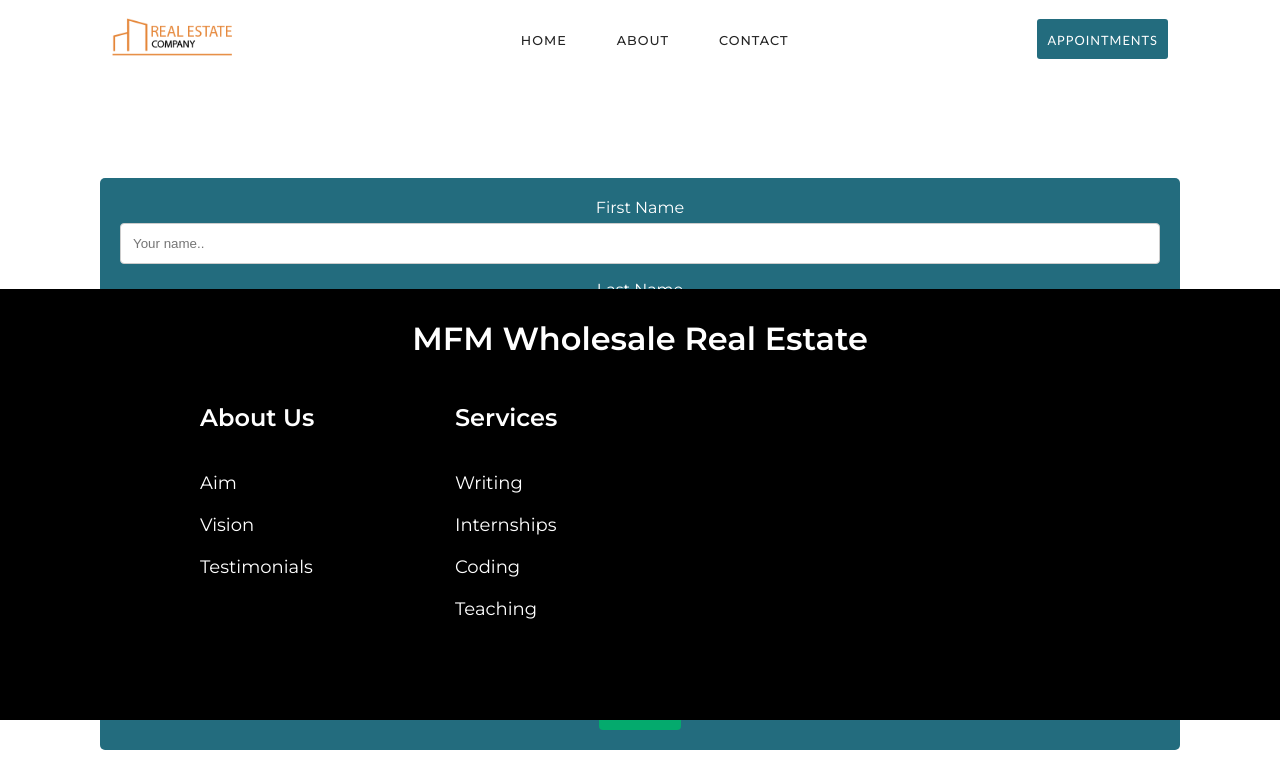
Repository: gabe126679/Mikes-site
Page: /contact
An editor plug-in stored every save of this project. The page is shown before and after the next save, followed by the edit.
The browser window is 1280 px wide. The pictures show the whole page.
Some web libraries are served in a nearby version. The project was rebuilt for these pictures with package versions that can differ from the ones it lists, and the page was loaded fresh each time. Also part of the build but not shown: src/components/Header.jsx, src/components/Howitworks.jsx, src/components/Contact.jsx, src/components/About.jsx, src/components/Agentbox.jsx, src/components/Agent.jsx, src/components/PageAbout.jsx, src/components/Bproperty.jsx and 4 more.

Above is the page before, as saved 2022-04-19 15:36:25.

### public/index.html
<!DOCTYPE html>
<html lang="en">
  <head>
    <meta charset="utf-8" />
    <link rel="icon" href="%PUBLIC_URL%/favicon.ico" />
    <meta name="viewport" content="width=device-width, initial-scale=1" />
    <meta name="theme-color" content="#000000" />
    <meta
      name="description"
      content="Web site created using create-react-app"
    />
    <link rel="apple-touch-icon" href="%PUBLIC_URL%/logo192.png" />

    <link rel="manifest" href="%PUBLIC_URL%/manifest.json" />
    <script src="https://kit.fontawesome.com/95dc93da07.js"></script>
    <title>Mike's Homes</title>
  </head>
  <body>
    <noscript>You need to enable JavaScript to run this app.</noscript>
    <div id="root"></div>

  </body>
</html>

### src/index.js
import React from 'react';
import ReactDOM from 'react-dom/client';
import './index.css';
import App from './App';

// import About from './components/About';
// import {
//   BrowserRouter,
//   Routes,
//   Route,
// } from "react-router-dom";

const root = ReactDOM.createRoot(document.getElementById('root'));
root.render(
//   <BrowserRouter>
//     <Routes>
//       <Route path="/" element={<App />}>
//       <Route path="homes" element={<About />} />
//         {/* <Route path="teams" element={<Teams />}>
//             <Route path=":teamId" element={<Team />} />
//             <Route path="new" element={<NewTeamForm />} />
//             <Route index element={<LeagueStandings />} />
//         </Route> */}
//       </Route>
//     </Routes>
//   </BrowserRouter>,
<App />,

);

### src/index.css
@import url('https://fonts.googleapis.com/css2?family=Montserrat:wght@300;400;500;600&display=swap');

/***fontawesome <script src="https://kit.fontawesome.com/95dc93da07.js"></script> *********/



body{
    margin:0px;
    padding: 0px;

    background-color: #ffffff;
    font-family: 'Montserrat', sans-serif;
}
*{
    box-sizing: border-box;
}
ul{
    list-style: none;
}
a{
    text-decoration: none;
}
button{
    outline: none;
    border: none;
}
input{
    outline: none;
    border: none;
}

.logo img{
    width: 120px;
}
.header{

    width:100%;
    height:768px;
    position: relative;
    background-repeat: no-repeat;
    background-size: cover;
    background-image: url("./images/header-bg.png");
}
nav{
	display: flex;
	justify-content: space-around;
	align-items: center;
	left: 0;
	top: 0;
	width:100%;
	z-index: 1;
	background-color: #FFFFFF;
}
nav ul{
	display: flex;
}
.active{
    background-color: #236c7e;
    color:rgb(255, 255, 255);
	box-shadow: 5px 10px 30px rgba(64, 149, 198, 0.411);
	transition: all ease 0.2s;
}
nav ul li a{
	height:40px;
	line-height: 43px;
	margin: 3px;
	padding: 0px 22px;
	display: flex;
	font-size: 0.8rem;
	text-transform: uppercase;
	font-weight: 500;
	color:#242424;
    letter-spacing: 1px;
    border-radius: 3px;
    transition: 0.2s ease-in-out;
}
.property{
    font-family: calibri;
	height:40px;
	line-height: 43px;
	padding: 0px 10px;
	display: flex;
	font-size: 0.8rem;
	text-transform: uppercase;
	font-weight: 500;
	color:#ffffff;
    letter-spacing: 1px;
    border-radius: 3px;
    transition: 0.2s ease-in-out;
    background-color: #236c7e;
}
nav ul li a:hover{
	background-color: #064757;
    color:#FFFFFF;
	box-shadow: 5px 10px 30px rgba(64, 149, 198, 0.411);
	transition: all ease 0.2s;
}
nav .menu-btn,
.menu-icon{
		display:none;
	}
.intro{
	font-family: 'Montserrat';
	width: 500px;
	position: absolute;
	left: 16%;
	top: 50%;
	transform: translate(-20%,-50%);
}
.intro span{
    color: #fc9700;
}
.intro .details{
    color: #1e4f5c;
}
.intro h1{
	font-family:'Montserrat';
	font-size: 46px;
	margin:0px;
	letter-spacing: 3px;
	color:#236c7e;
}
.intro p{
    color: #064757; font-weight: 500;
}
.header-btn{
	width:110px;
	height: 40px;
	display: flex;
	justify-content: center;
    align-items: center;
    background-color: #236c7e;
    box-shadow: 5px 10px 30px rgba(2, 82, 255, 0.137);
    border-radius: 10px;
	color:#ffffff;
}
.header-btn:hover{
	background-color: #04afda;
    transition: all ease 0.5s;
    color: #ffffff;
    box-shadow: 5px 0px 30px rgba(2, 154, 255, 0.39);
}
.container {
    max-width: 1140px;
    margin: 0 auto;
    padding: 0 20px;
}

.flex {
    display: flex;
    justify-content: space-between;
}
.how-it-works {
    padding: 3rem 0;
    background: #236c7e;
    text-align: center;
}

.how-it-works h2 {
    margin-bottom: 3rem;
    font-size: 2rem;
    font-family: 'Montserrat';
    color: #ffffff;
    font-weight: 600;
    text-transform: uppercase;
}

.how-it-works .flex > div {
    width: 30%;
}

.how-it-works h4 {
    color: #ffffff;
    margin-top: 1rem;
}
.how-it-works p{
    color: rgb(255, 196, 0);
}

.how-it-works span.fas {
    color: #ffffff;
    font-size: 35px;
}
  .about{
	width:100%;
	height: 100vh;
	background-color:#ffffff;
	box-sizing: border-box;
	display: flex;
	align-items: center;
	justify-content: space-between;
	padding: 50px 5% 0px 5%;
	position: relative;
}
.about-text{
	width: 50%;
}
.about-text h2{
	font-size: 2rem;
	color:#236c7e;
	font-weight: 400;
}
.about-text h2{
	margin: 0px;
	padding: 0px;
}
.about-text p{
	font-size: 1.2rem;
	color:#3a3a3a;

}
.about-text button{
	width: 140px;
	height: 40px;
	border-radius: 10px;
	border: none;
    outline: none;
    color: #ffffff;
	background-color:#236c7e;
}
.about-text button:hover{
	background-color: #04afda;
    transition: all ease 0.3s;
    color: #ffffff;
    box-shadow: 5px 0px 30px rgba(2, 154, 255, 0.39);
}
.about-model img{
    height: 400px;
}

.agent{
    width:100%;
    height:110vh;
    box-sizing: border-box;
    font-family: calibri;
    display: flex;
    flex-direction: column;
    align-items: center;
    justify-content: center;
    padding-top: 40px ;
    background: #236c7e;
}

.a-heading h1{
    color:#ffffff;
    font-size: 3rem;
    margin: 0px;
    padding: 0px;

}
.a-heading p{
    color:rgb(238, 238, 238);
    font-size: 1rem;
    margin: 0px;
    padding: 0px;
}
.a-heading{
    text-align: center;
    margin: 20px 0px;
}
.a-box{
    background-color: #ffffff;
    width:350px;
    height: 500px;
    margin: 20px;
    border-radius: 10px;
    overflow: hidden;
    box-shadow: 2px 2px 12px rgba(0,0,0,0.1);
    position: relative;
}
.b-container{
    display: flex;
    justify-content: center;
    align-content: center;
    width: 100%;

}
.a-b-img{
    width: 100%;
    height: 70%;

}
.a-b-img img{
    width:100%;
    height: 100%;
    object-fit: contain;
}
.a-b-text{
    width: 100%;
    height: 30%;
    background-color:#ffffff;
    display:flex;
    justify-content: center;
    align-items: center;
    text-align: center;
    flex-direction: column;
}
.a-box:hover{
    transform:translateY(-10px);
    transition: all ease 0.3s;

}
.agent-btn{
	width:110px;
	height: 40px;
	display: flex;
	justify-content: center;
    align-items: center;
    background-color: #236c7e;
    box-shadow: 5px 10px 30px rgba(2, 82, 255, 0.137);
    border-radius: 10px;
	color:#ffffff;
}
.agent-btn:hover{
	background-color: #04afda;
    transition: all ease 0.5s;
    color: #ffffff;
    box-shadow: 5px 0px 30px rgba(2, 154, 255, 0.39);
}

.product{
	width: 100%;
	background-color: #FFFFFF;
	display: flex;
	height: 760px;
	flex-direction: column;
	align-items: center;
	padding:40px 20px;
	position: relative;
	border-radius: 10px;
	margin-top: 70px;
}


.p-heading{

	margin:20px;
	text-shadow: 2px 2px 10px rgba(0,0,0,0.05);
}
.p-heading h3{
	font-weight: 600;
	letter-spacing: 2px;
	text-align: center;
	font-size:2.5rem;
	color:#323543;

}
.p-heading h3 font{
	color:#303030;
}
.product-container{
	display: flex;
	justify-content: center;
	align-items: center;
	flex-wrap: wrap;
	margin: 10px 0px;
	width:100%;
}
.p-box{
	width:350px;
	height: 420px;
	display: flex;
	justify-content: center;
	align-items: center;
	flex-direction: column;
	border-radius: 12px;
	position: relative;
	margin: 20px 30px;
    background-color: rgb(255, 255, 255);
    box-shadow: 2px 2px 30px rgba(0,0,0,0.1);
}
.p-box img{
	height:150px;
}
.p-box p{
	color:#4d4d4d70;
	font-family: myriad pro;
	font-size: 0.9rem;
	letter-spacing: 0.5;
}
.price-container {
  display: flex;
  align-items: center;
  justify-content: center;
}
.price{
	color:#2c2c2c;
	font-family: poppins;
	font-size: 1rem;
  position: relative;
  bottom: 120px;
  width: 100%;
  height: 100px;
  text-align: center;
}
.container-reviews {
  display: flex;
  align-items: center;
  height: 100%;
  position: relative;
  top: -70px;
}
.buy-btn{
	position: absolute;
	width:140px;
	height: 60px;
	display: flex;
	justify-content: center;
	align-items: center;
	font-family:calibri;
	left: 50%;
	bottom: 20px;
	transform: translateX(-50%);
	border-radius: 15% 15% 15% 15% / 50% 50% 50% 50%;
	background:linear-gradient(120deg,#064757 20%,#04afda);
	color:#FFFFFF;
	display: none;
	animation: fade 0.2s;
}
.p-box:hover .buy-btn{
	display: flex;
}
.p-box:hover{
	box-shadow: 2px 2px 30px rgba(0, 0, 0, 0.233);
	background-color:#FFFFFF;
}
.p-box:hover .price{
	color:#04afda;
	transition: all ease 0.2s;
}

@keyframes fade{
	0%{
		opacity: 0;
	}
	100%{
		opacity: 1;
	}
}
.contact{
    background-color: #236c7e;
	display:flex;
	flex-direction: column;
	justify-content: center;
	align-items: center;
    margin:8px 3px;
    margin-top: 1000px;
    padding: 30px 0px;
  overflow: hidden;
}
.contact h3{
	font-size:2.5rem;
    margin:20px;
    color: #ffffff;
}
.contact-input{
	width:350px;
	height:50px;
	background-color:#FFFFFF;
	display:flex;
	justify-content: center;
	border-radius: 50px;
	box-shadow: 2px 2px 30px rgba(0,0,0,0.15);
}
.contact-input input{
	width:100%;
	background-color: transparent;
	border:none;
	outline: none;
	text-align: center;
	color:#242425;
}
.contact-input a{
	width:150px;
	height:35px;
	background-color:#236c7e;
	color:#FFFFFF;
	display: flex;
	font-size: 0.9rem;
	justify-content: center;
	align-items: center;
	margin: auto 10px;
	border-radius: 20px;
	font-weight: 500;
}

.carousel {
  font-family: sans-serif;
  display: flex;
  align-items: center;
  justify-content: center;
  height: 70vh;
  object-fit: contain;

}
.carousel-img {
  width: 100%;
  object-fit: fill;
}
input[type=text], select, textarea {
  width: 100%; /* Full width */
  padding: 12px; /* Some padding */
  border: 1px solid #ccc; /* Gray border */
  border-radius: 4px; /* Rounded borders */
  box-sizing: border-box; /* Make sure that padding and width stays in place */
  margin-top: 6px; /* Add a top margin */
  margin-bottom: 16px; /* Bottom margin */
  resize: vertical /* Allow the user to vertically resize the textarea (not horizontally) */
}

/* Style the submit button with a specific background color etc */
input[type=submit] {
  background-color: #04AA6D;
  color: white;
  padding: 12px 20px;
  border: none;
  border-radius: 4px;
  cursor: pointer;
}

/* When moving the mouse over the submit button, add a darker green color */
input[type=submit]:hover {
  background-color: #45a049;
}
.container-form {
  margin: 100px;
  border-radius: 5px;
  background-color: #236c7e;
  padding: 20px;
  color: white;
}
.header-form{
  text-align: center;
  width:100%;
  height:768px;
  position: relative;
  background-repeat: no-repeat;
  background-size: cover;
}
@media(min-width:1285px) {
  .contact {
    margin-top: 550px;
  }
}
@media(max-width:1190px){
	.header{
        background-size: 1150px !important;
        text-align: center;
	}
	.intro{
		left: 10%;
		top: 50%;
		transform: translate(-10%,-50%);
	}
	.about-model img{
		height:400px;
    }
    .agent{
		height:auto;
    }
    .b-container{
		flex-wrap: wrap;
	}
    .a-box{
		flex-grow: 1;
	}
	.a-b-img img{
		object-fit:contain;
	}


}

@media(max-width:970px){
  .header {
    background-image: none;
  }
	.main{
		background-image: none !important;

	}
	.intro{
		left: 50%;
		top: 50%;
		transform: translate(-50%,-50%);
    }

	.about-model{
		display: none;
	}
	.about{
        text-align: center;
		justify-content: center;
		padding-top: 0px;
	}
	.about-text{
		width: 90%;
	}
	.about-text h1{
		font-size:4rem;
  }
  .product{
    width: 100%;
    background-color: #FFFFFF;
    display: flex;
    height: 760px;
    flex-direction: column;
    align-items: center;
    padding:40px 20px;
    position: relative;
    border-radius: 10px;
    margin-top: 70px;
  }


}
@media(max-width:875px){
  .carousel-item {
    display: none;
  }
}
@media(max-width:600px){
	.intro{
		width:60%;
    }}
    .scroll{
      left: 42.5%;
    }
  .header-btn{
    margin-right: 38%;
  }


    @media (max-width: 500px) {
        .how-it-works .flex {
            display: block;
        }
        .header-btn{
          margin-right: 28%;
        }
        .how-it-works .flex > div {
            width: 100%;
            margin-top: 2rem;
        }


@media(max-width:1100px){.menu-icon{
    display:block;}

        nav{
            justify-content: space-between;
            height: 65px;
            padding: 0px 30px;
            position: fixed;
        }
        .property{
            background: none;
            font-size: 13px;
            color: #000;
            padding: 0px;
        }
        .logo img{
            width:70px;
        }
        .menu{
            display:none;
            position:absolute;
            top:65px;
            left:0px;
            background-color:#FFFFFF;
            border-bottom:4px solid #064757;
            width:100%;
            padding:0px;
            margin:0px;
        }
        .menu li{
            width:100%;
        }
        nav .menu li a{
            width:100%;
            height:40px;
            justify-content: center;
            align-items: center;
            margin:0px;
            padding: 25px;
            border:1px solid rgba(38,38,38,0.03);
        }
        nav .menu-icon{
            cursor:pointer;
            float:right;
            padding:28px 20px;
            position:relative;
            user-select: none;
        }
        nav .menu-icon .nav-icon{
            background-color:#333333;
            display:block;
            height:2px;
            position:relative;
            transition: background 0.2s ease-out;
            width:20px;
        }
        nav .menu-icon .nav-icon:before,
        nav .menu-icon .nav-icon:after{
            background:#333;
            content:'';
            display:block;
            height:100%;
            position:absolute;
            transition:all ease-out 0.2s;
            width:100%;
        }
        nav .menu-icon .nav-icon:before{
            top:5px;
        }
        nav .menu-icon .nav-icon:after{
            top:-5px;
        }
        nav .menu-btn:checked ~ .menu-icon .nav-icon{
            background:transparent;
        }
        nav .menu-btn:checked ~ .menu-icon .nav-icon:before{
            transform: rotate(-45deg);
            top:0;
        }
        nav .menu-btn:checked ~ .menu-icon .nav-icon:after{
            transform: rotate(45deg);
            top:0;
        }
        nav .menu-btn{
            display:none;
        }
        nav .menu-btn:checked ~ .menu{
            display:block;
        }}
        @media(max-width:400px){
            .s-box{
                width: 100%;
                height:400px;
            }
            .header-btn{
              margin-left: 38%;
            }

        }}

### src/App.js
import React from 'react';
import Header from './components/Header'
import Howitworks from './components/Howitworks'
import About from './components/About'
import PageAbout from './components/PageAbout'
import Agent from './components/Agent'
import Properties from './components/Properties'
import PageContact from './components/PageContact'
import All from './components/All'
import {
  BrowserRouter,
  Routes,
  Route,
} from "react-router-dom";


function App() {
  return (
    <div className="App">
      <BrowserRouter>
        <Routes>
          <Route
            path="/"
            element={<All />}
          />
          <Route
            path="/about"
            element={<PageAbout />}
          />
          <Route
            path="/contact"
            element={<PageContact />}
          />
          <Route
            path="/Howitworks"
            element={<Howitworks />}
          />
        </Routes>

          {/* <Header />
          <Howitworks />
          <About />
          <Agent />
          <Properties />
          <Contact /> */}

      </BrowserRouter>
    </div>
  );
}

export default App;

### src/components/PageContact.jsx
import React from "react";
import styled from 'styled-components/macro';
import Dog from '../images/home-2.jpg';
import Navbar from "./Navbar";
import Footer from "./Footer"


const Section = styled.div`
  padding: 20px;
  display: flex;
  justify-content: center;
  align-items: center;
`;

const PageContact = () => {

  return (
    <div>
    <div className="header-form">
      <Navbar/>
      <div className="container-form">
        <form action="action_page.php">
            <label htmlFor="fname">First Name</label>
            <input type="text" id="fname" name="firstname" placeholder="Your name.." />
            <label htmlFor="lname">Last Name</label>
            <input type="text" id="lname" name="lastname" placeholder="Your last name.." />
            <label htmlFor="country">Country</label>
            <select id="country" name="country">
            <option value="australia">Australia</option>
            <option value="canada">Canada</option>
            <option value="usa">USA</option>
            </select>
            <label htmlFor="subject">Subject</label>
            <textarea id="subject" name="subject" placeholder="Write something.." style={{height: '200px'}} defaultValue={""} />
            <input type="submit" defaultValue="Submit" />
        </form>
      </div>

    </div>
    <Footer />
    </div>


  );
};

export default PageContact;

### src/components/Navbar.jsx
import React from 'react'
import logo from "../images/logo1.png"
import { Link } from "react-router-dom";

function Navbar() {
  return (
    <nav>
        <a href="/homes" className="logo">
            <img src={logo} alt="logo"/>
        </a>
        <input className="menu-btn" type="checkbox" id="menu-btn"/>
        <label className="menu-icon" for="menu-btn">
            <span className="nav-icon"></span>
        </label>
        <ul className="menu">
            <li><Link to="/" >Home</Link></li>
            <li><Link to="/about">About</Link></li>
            <li><Link to="/contact">Contact</Link></li>
        </ul>
        <Link to="/howitworks" className="property">Appointments</Link>
        {/* <a href="/homes" className="property"></a> */}
    </nav>
  )
}

export default Navbar

### src/components/Footer.jsx
import React from "react";
import {
Box,
Container,
Row,
Column,
FooterLink,
Heading,
} from "./FooterStyles";

const Footer = () => {
return (
	<Box>
	<h1 style={{ color: "white",
				textAlign: "center",
				marginTop: "-50px" }}>
		MFM Wholesale Real Estate
	</h1>
	<Container>
		<Row>
		<Column>
			<Heading>About Us</Heading>
			<FooterLink href="#">Aim</FooterLink>
			<FooterLink href="#">Vision</FooterLink>
			<FooterLink href="#">Testimonials</FooterLink>
		</Column>
		<Column>
			<Heading>Services</Heading>
			<FooterLink href="#">Writing</FooterLink>
			<FooterLink href="#">Internships</FooterLink>
			<FooterLink href="#">Coding</FooterLink>
			<FooterLink href="#">Teaching</FooterLink>
		</Column>

		</Row>
	</Container>
	</Box>
);
};
export default Footer;

### src/components/FooterStyles.js
import styled from 'styled-components';

export const Box = styled.div`
padding: 80px 60px;
background: black;
position: absolute;
bottom: 0;
width: 100%;


@media (max-width: 1000px) {
	padding: 70px 30px;
}
`;

export const Container = styled.div`
	display: flex;
	flex-direction: column;
	justify-content: center;
	max-width: 1000px;
	margin: 0 auto;
	/* background: red; */
`

export const Column = styled.div`
display: flex;
flex-direction: column;
text-align: left;
margin-left: 60px;
`;

export const Row = styled.div`
display: grid;
grid-template-columns: repeat(auto-fill,
						minmax(185px, 1fr));
grid-gap: 20px;

@media (max-width: 1000px) {
	grid-template-columns: repeat(auto-fill,
						minmax(200px, 1fr));
}
`;

export const FooterLink = styled.a`
color: #fff;
margin-bottom: 20px;
font-size: 18px;
text-decoration: none;

&:hover {
	color: green;
	transition: 200ms ease-in;
}
`;

export const Heading = styled.p`
font-size: 24px;
color: #fff;
margin-bottom: 40px;
font-weight: bold;
`;

After the next save:
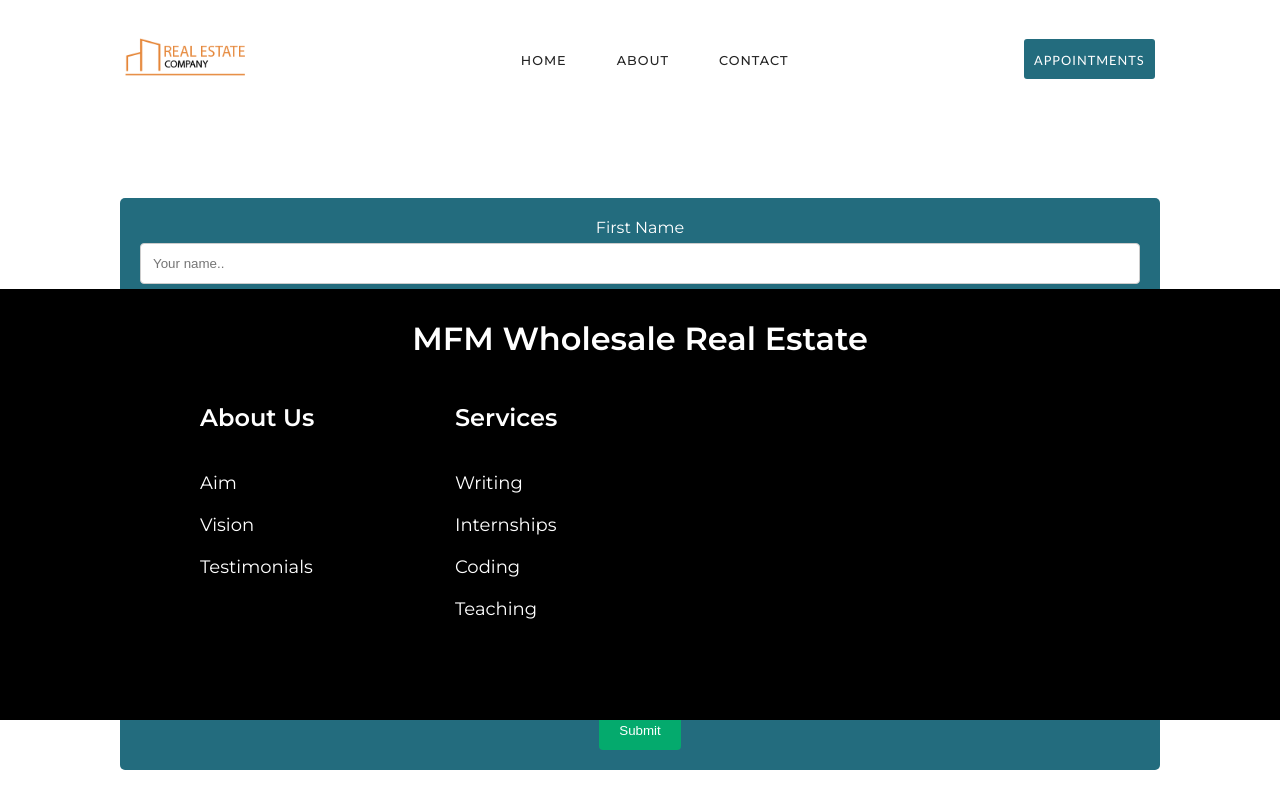
Saved 12 s later.
--- a/src/components/PageContact.jsx
+++ b/src/components/PageContact.jsx
@@ -15,7 +15,7 @@ const Section = styled.div`
 const PageContact = () => {
 
   return (
-    <div>
+    <Section>
     <div className="header-form">
       <Navbar/>
       <div className="container-form">
@@ -38,7 +38,7 @@ const PageContact = () => {
 
     </div>
     <Footer />
-    </div>
+    </Section>
 
 
   );
